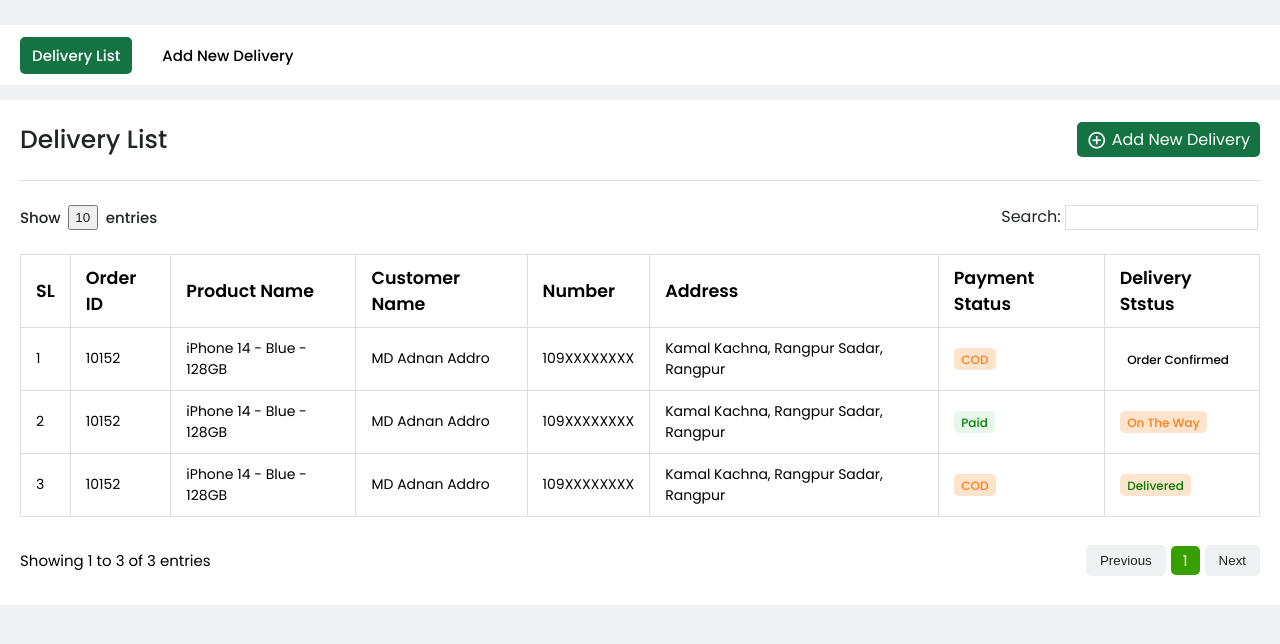
Repository: codebyaddro/delivery-page
Page: delivery.html
The author's editor kept a copy of each file at every save. The page is drawn from the files as they stood at one save, then again after a run of saves.
The browser window is 1280 px wide. The pictures show the whole page.

Above is the page before, as saved 2025-02-27 14:10:03.

After the next 2 saves:
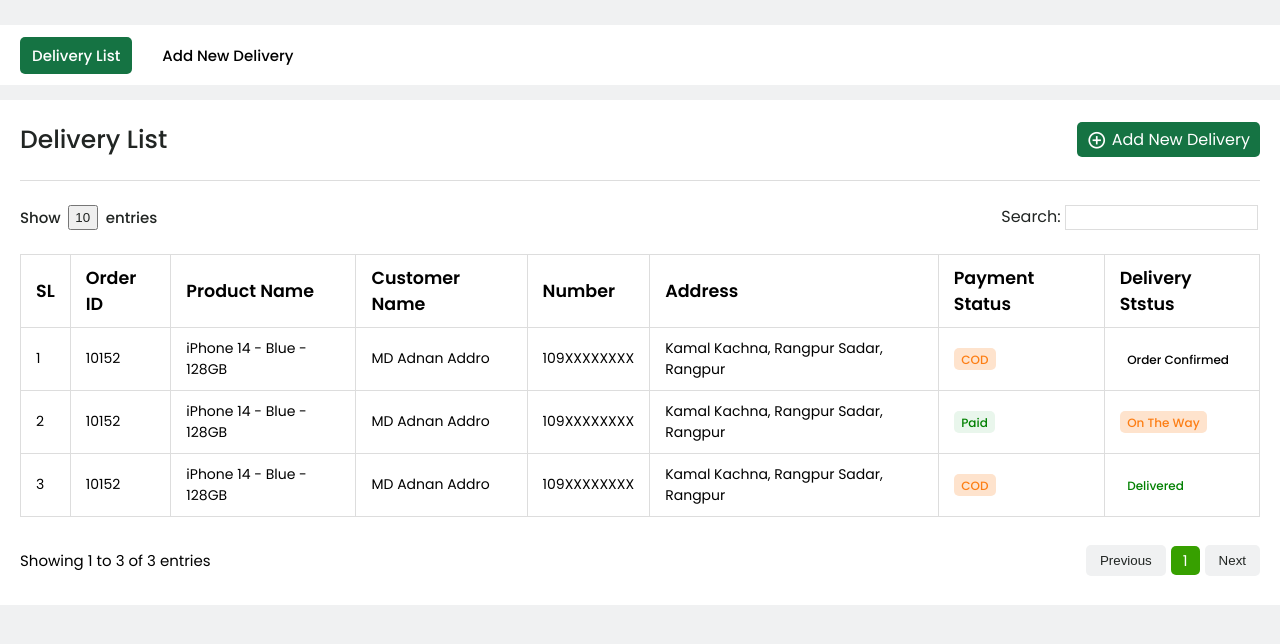
The 2 saves are shown as one change because they came seconds apart.
The last was saved 6 s later.
--- a/delivery.css
+++ b/delivery.css
@@ -261,7 +261,7 @@ tbody tr:hover {
 
 .ds-deld {
     color: var(--green);
-    background-color: var(--lt-orange);
+    background-color: var(--lt-);
     font-size: 12px;
     font-weight: 500;
     padding: 2.5px 7.5px;
